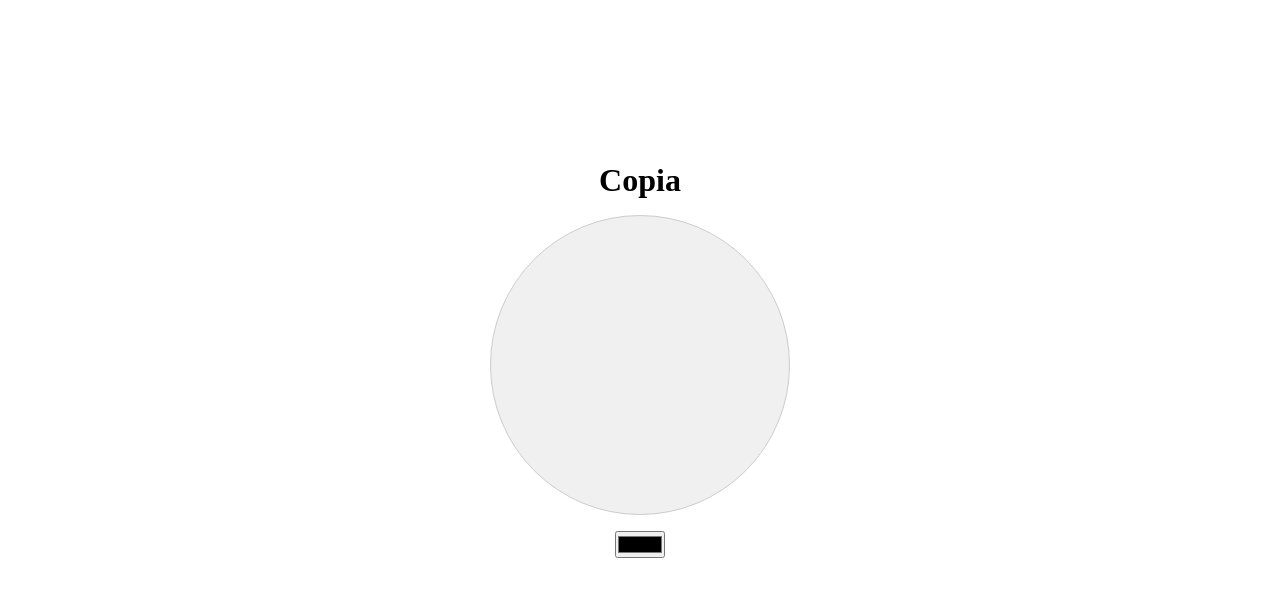
Repository: CarlosEduardoVdeOliveira/100_dias_de_codigo
Page: Dia 11/index.html
These files come from the project's save history. The page is drawn as it stood at one moment and after a run of saves; the edit follows.
The browser window is 1280 px wide. The pictures show the whole page.

Above is the page before, as saved 2024-09-13 14:15:19.

### Dia 11/index.html
<!DOCTYPE html>
<html lang="en">
<head>
  <meta charset="UTF-8">
  <meta name="viewport" content="width=device-width, initial-scale=1.0">
  <link rel="stylesheet" href="./style.css">
  <title>Manipulando Elemento</title>
</head>
<body>
  <main>
    <h1>Copia</h1>
    <div class="shape-color"></div>
    <input type="color" name="input-shape-color" id="input-shape-color">
  </main>
  <script src="./script.js"></script>
</body>
</html>

### Dia 11/style.css
*{
  margin: 0;
  padding: 0;
  box-sizing: border-box;
}
main{
  display: flex;
  align-items: center;
  justify-content: center;
  gap: 16px;
  flex-direction: column;
  height: 100vh;
}
.shape-color{
  width: 300px;
  height: 300px;
  border: 1px solid #ccc;
  background-color: #f0f0f0;
  border-radius: 50%;

}

### Dia 11/script.js
const circle = document.querySelector(".shape-color");
const inputColor = document.querySelector("#input-shape-color");

function changeCircleColor(color) {
  circle.style.background = color;
};

inputColor.addEventListener("input", () => {
  const color = inputColor.value;
  changeCircleColor(color);
});

circle.addEventListener("click", () => {
  const color = getComputedStyle(circle).backgroundColor;
  return navigator.clipboard.writeText(color)
});

After the next 4 saves:
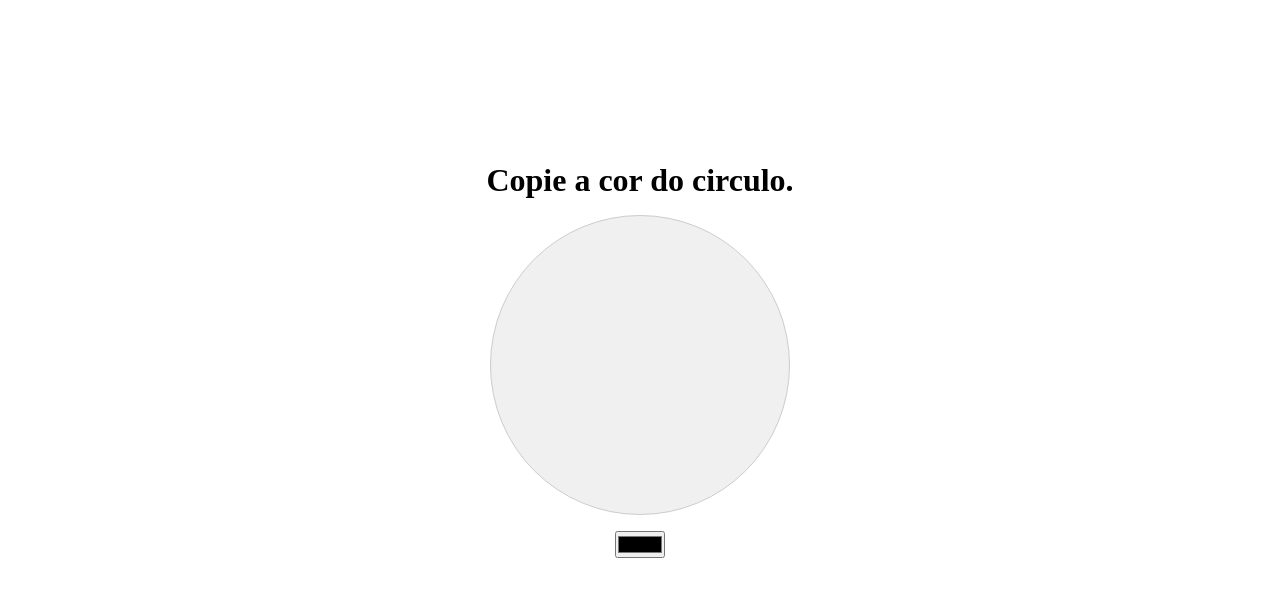
The 4 saves are shown as one change because they came seconds apart.
The last was saved 12 s later.
--- a/Dia 11/index.html
+++ b/Dia 11/index.html
@@ -8,7 +8,7 @@
 </head>
 <body>
   <main>
-    <h1>Copia</h1>
+    <h1>Copie a cor do circulo.</h1>
     <div class="shape-color"></div>
     <input type="color" name="input-shape-color" id="input-shape-color">
   </main>
